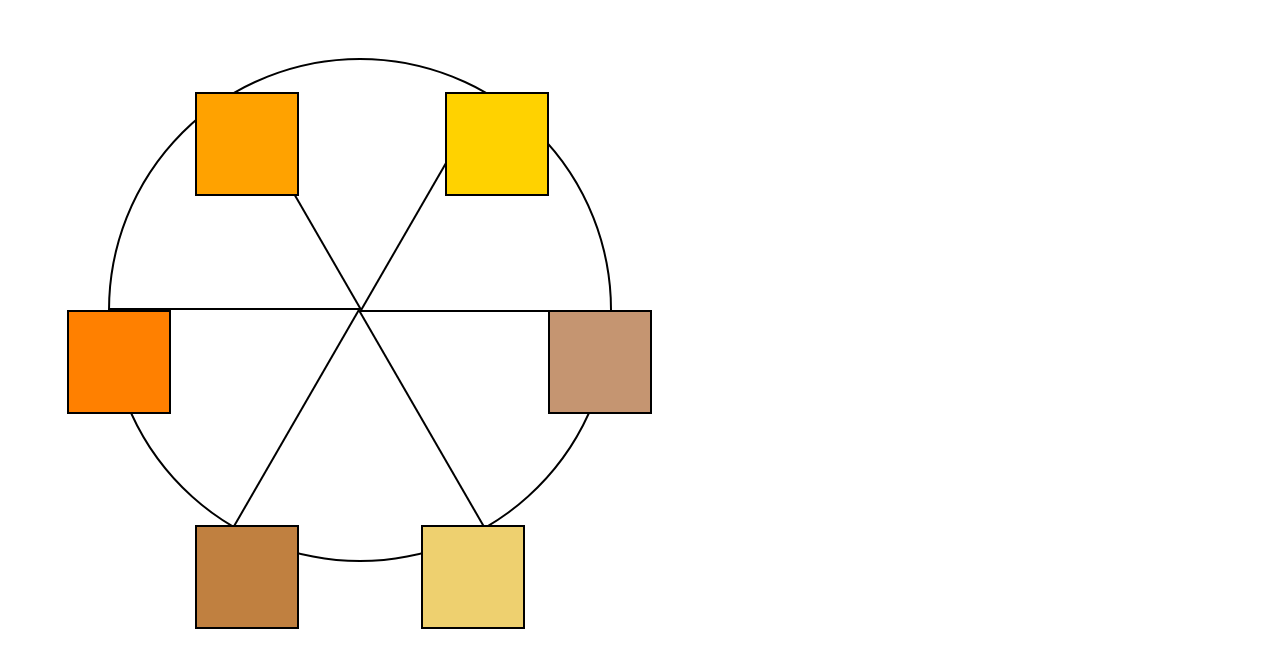
Repository: Lungdjos/ferris_wheel
Page: index.html
The author's editor kept a copy of each file at every save. The page is drawn from the files as they stood at one save, then again after a run of saves.
The browser window is 1280 px wide. The pictures show the whole page.

Above is the page before, as saved 2024-01-11 11:17:50.

### index.html
<!DOCTYPE html>
<html lang="en">

<head>
    <meta charset="UTF-8">
    <meta name="viewport" content="width=device-width, initial-scale=1.0">
    <title>Ferris Wheel</title>
    <link rel="stylesheet" href="./styles.css">
</head>

<body>
    <div class="wheel">
        <span class="line"></span>
        <span class="line"></span>
        <span class="line"></span>
        <span class="line"></span>
        <span class="line"></span>
        <span class="line"></span>
        <div class="cabin"></div>
        <div class="cabin"></div>
        <div class="cabin"></div>
        <div class="cabin"></div>
        <div class="cabin"></div>
        <div class="cabin"></div>
    </div>

</body>

</html>

### styles.css
/* styling for the wheel */

.wheel {
    border: 2px solid black;
    border-radius: 50%;
    margin-left: 100px;
    margin-top: 50px;
    position: absolute;
    height: 55vw;
    width: 55vw;
    max-width: 500px;
    max-height: 500px;
    animation-name: wheel;
    animation-duration: 10s;
    animation-iteration-count: infinite;
    animation-timing-function: linear;
}


/* styling for the line */

.line {
    background-color: black;
    height: 2px;
    width: 50%;
    top: 50%;
    left: 50%;
    position: absolute;
    transform-origin: 0% 0%;
}

.line:nth-of-type(2) {
    transform: rotate(60deg);
}

.line:nth-of-type(3) {
    transform: rotate(120deg);
}

.line:nth-of-type(4) {
    transform: rotate(180deg);
}

.line:nth-of-type(5) {
    transform: rotate(240deg);
}

.line:nth-of-type(6) {
    transform: rotate(-60deg);
}


/* styling for the cabin */

.cabin {
    background-color: red;
    width: 20%;
    height: 20%;
    border: 2px solid;
    position: absolute;
    transform-origin: 50% 0%;
    animation: cabins 10s ease-in-out infinite;
}

.cabin:nth-of-type(1) {
    right: -8.5%;
    top: 50%;
}

.cabin:nth-of-type(2) {
    right: 17%;
    top: 93.5%;
    background-color: orangered;
}

.cabin:nth-of-type(3) {
    right: 67%;
    top: 93.5%;
    background-color: orange;
}

.cabin:nth-of-type(4) {
    left: -8.5%;
    top: 50%;
    background-color: blueviolet;
}

.cabin:nth-of-type(5) {
    left: 17%;
    top: 7%;
    background-color: plum;
}

.cabin:nth-of-type(6) {
    right: 17%;
    top: 7%;
    background-color: purple;
}


/* animation styling */


/* animation for the wheel */

@keyframes wheel {
    0% {
        transform: rotate(0deg);
    }
    100% {
        transform: rotate(360deg);
    }
}


/* animation for the cabins */

@keyframes cabins {
    0% {
        transform: rotate(0deg);
        background-color: yellow;
    }
    50% {}
    100% {
        transform: rotate(-360deg);
    }
}

After the next 3 saves:
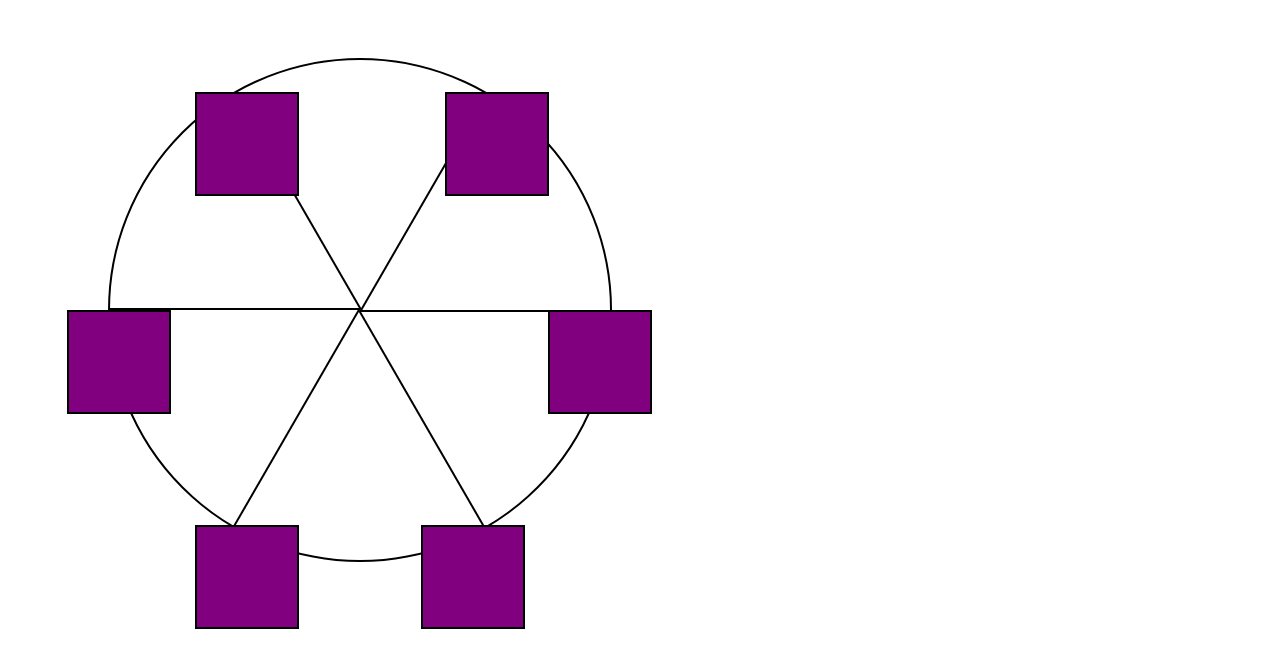
The 3 saves are shown as one change because they came seconds apart.
The last was saved 11 s later.
--- a/styles.css
+++ b/styles.css
@@ -120,7 +120,9 @@
         transform: rotate(0deg);
         background-color: yellow;
     }
-    50% {}
+    50% {
+        background-color: purple
+    }
     100% {
         transform: rotate(-360deg);
     }
